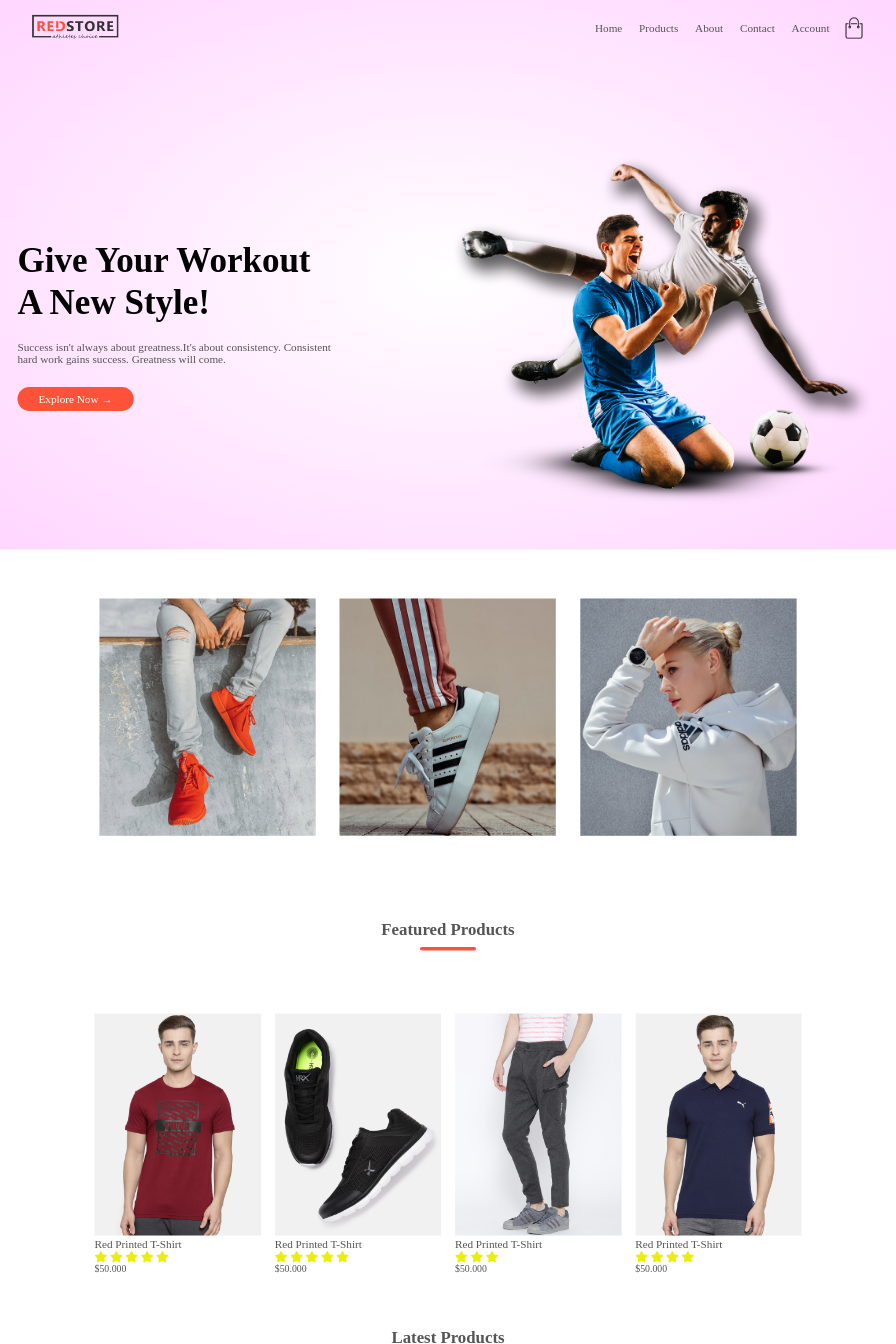
Repository: tuan21052000/Frontend
Page: index.html
These files come from the project's save history. The page is drawn as it stood at one moment and after the next save; the edit follows.
The browser window is 1280 px wide. The pictures show the part of the page from y = 0 to 1920 px (the page is 4529 px tall before and 4680 px after), at 70% of full size.

Above is the page before, as saved 2022-05-14 21:03:33.

### index.html
<!DOCTYPE html>
<html lang="en">
<head>
    <meta charset="UTF-8">
    <meta name="viewport" content="width=device-width, initial-scale=1.0">
    <meta http-equiv="X-UA-Compatible" content="IE=edge">
    <meta name="viewport" content="width=device-width, initial-scale=1.0">
    <title>RedStore | Ecommerce Website Design</title>
    <link rel="stylesheet" href="style.css">
    <link href="https://fonts.googleapis.com/css2?family=Poppins:wght@300;400;500;600;700&display=swap" rel="stylesheet">
    <link rel="stylesheet" href="https://use.fontawesome.com/releases/v5.15.4/css/all.css" />
</head>
<body>
    <div class="header">


    <div class="container">
        <div class="navbar">
            <div class="logo">
                <img src="images/logo.png" width="125px">
            </div>
            <nav>
                <ul id="MenuItems">
                    <li><a href="">Home</a></li>
                    <li><a href="">Products</a></li>
                    <li><a href="">About</a></li>
                    <li><a href="">Contact</a></li>
                    <li><a href="">Account</a></li>
                </ul>
            </nav>
            <img src="images/cart.png" width="30px" height="30px">
            <img src="images/menu.png" class="menu-icon" onclick="menutoggle()">
        </div>
        <div class="row">
            <div class="col-2">
                <h1>Give Your Workout <br>A New Style!</h1>
                <p>Success isn't always about greatness.It's about
                consistency. Consistent<br> hard work gains success. Greatness
                will come.
                </p>
                <a href="" class="btn">Explore Now &#8594;</a>
            </div>
            <div class="col-2">
              <img src="images/image1.png">
            </div>
        </div>
    </div>
</div>
<!-- -----Loại sản phẩm------- -->
   <div class="categories">
       <div class="small-container">
        <div class="row">
            <div class="col-3">
                <img src="images/category-1.jpg">
            </div>
            <div class="col-3">
             <img src="images/category-2.jpg">
         </div>
         <div class="col-3">
             <img src="images/category-3.jpg">
         </div>
        </div>
       </div>
   </div>
<!--    -------aaaa------------ -->
<div class="small-container">
    <h2 class="title">Featured Products</h2>
    <div class="row">
    <div class="col-4">
        <img src="images/product-1.jpg">
        <h4>Red Printed T-Shirt</h4>
        <div class="rating">
            <i class="fa fa-star"></i>
            <i class="fa fa-star"></i>
            <i class="fa fa-star"></i>
            <i class="fa fa-star"></i>
            <i class="fa fa-star"></i>
        </div>
        <p>$50.000</p>
    </div>
    <div class="col-4">
        <img src="images/product-2.jpg">
        <h4>Red Printed T-Shirt</h4>
        <div class="rating">
            <i class="fa fa-star"></i>
            <i class="fa fa-star"></i>
            <i class="fa fa-star"></i>
            <i class="fa fa-star"></i>
            <i class="fa fa-star"></i>
        </div>
        <p>$50.000</p>
    </div>
    <div class="col-4">
        <img src="images/product-3.jpg">
        <h4>Red Printed T-Shirt</h4>
        <div class="rating">
            <i class="fa fa-star"></i>
            <i class="fa fa-star"></i>
            <i class="fa fa-star"></i>
            <i class="fa fa-star-half-o"></i>
            <i class="fa fa-star-o"></i>
        </div>
        <p>$50.000</p>
    </div>
    <div class="col-4">
        <img src="images/product-4.jpg">
        <h4>Red Printed T-Shirt</h4>
        <div class="rating">
            <i class="fa fa-star"></i>
            <i class="fa fa-star"></i>
            <i class="fa fa-star"></i>
            <i class="fa fa-star"></i>
            <i class="fa fa-star-o"></i>
        </div>
        <p>$50.000</p>
    </div>
    </div>
    <h2 class="title">Latest Products</h2>
    <div class="row">
        <div class="col-4">
            <img src="images/product-5.jpg">
            <h4>Red Printed T-Shirt</h4>
            <div class="rating">
                <i class="fa fa-star"></i>
                <i class="fa fa-star"></i>
                <i class="fa fa-star"></i>
                <i class="fa fa-star"></i>
                <i class="fa fa-star"></i>
            </div>
            <p>$50.000</p>
        </div>
        <div class="col-4">
            <img src="images/product-6.jpg">
            <h4>Red Printed T-Shirt</h4>
            <div class="rating">
                <i class="fa fa-star"></i>
                <i class="fa fa-star"></i>
                <i class="fa fa-star"></i>
                <i class="fa fa-star"></i>
                <i class="fa fa-star"></i>
            </div>
            <p>$50.000</p>
        </div>
        <div class="col-4">
            <img src="images/product-7.jpg">
            <h4>Red Printed T-Shirt</h4>
            <div class="rating">
                <i class="fa fa-star"></i>
                <i class="fa fa-star"></i>
                <i class="fa fa-star"></i>
                <i class="fa fa-star-half-o"></i>
                <i class="fa fa-star-o"></i>
            </div>
            <p>$50.000</p>
        </div>
        <div class="col-4">
            <img src="images/product-8.jpg">
            <h4>Red Printed T-Shirt</h4>
            <div class="rating">
                <i class="fa fa-star"></i>
                <i class="fa fa-star"></i>
                <i class="fa fa-star"></i>
                <i class="fa fa-star"></i>
                <i class="fa fa-star-o"></i>
            </div>
            <p>$50.000</p>
        </div>
        </div>
        <div class="row">
            <div class="col-4">
                <img src="images/product-9.jpg">
                <h4>Red Printed T-Shirt</h4>
                <div class="rating">
                    <i class="fa fa-star"></i>
                    <i class="fa fa-star"></i>
                    <i class="fa fa-star"></i>
                    <i class="fa fa-star"></i>
                    <i class="fa fa-star"></i>
                </div>
                <p>$50.000</p>
            </div>
            <div class="col-4">
                <img src="images/product-10.jpg">
                <h4>Red Printed T-Shirt</h4>
                <div class="rating">
                    <i class="fa fa-star"></i>
                    <i class="fa fa-star"></i>
                    <i class="fa fa-star"></i>
                    <i class="fa fa-star"></i>
                    <i class="fa fa-star"></i>
                </div>
                <p>$50.000</p>
            </div>
            <div class="col-4">
                <img src="images/product-11.jpg">
                <h4>Red Printed T-Shirt</h4>
                <div class="rating">
                    <i class="fa fa-star"></i>
                    <i class="fa fa-star"></i>
                    <i class="fa fa-star"></i>
                    <i class="fa fa-star-half-o"></i>
                    <i class="fa fa-star-o"></i>
                </div>
                <p>$50.000</p>
            </div>
            <div class="col-4">
                <img src="images/product-12.jpg">
                <h4>Red Printed T-Shirt</h4>
                <div class="rating">
                    <i class="fa fa-star"></i>
                    <i class="fa fa-star"></i>
                    <i class="fa fa-star"></i>
                    <i class="fa fa-star"></i>
                    <i class="fa fa-star-o"></i>
                </div>
                <p>$50.000</p>
            </div>
        </div>
</div>
<!-- ----------offer------------- -->
<div class="offer">
    <div class="small-container">
        <div class="row">
            <div class="col-2">
                <img src="images/exclusive.png" class="offer-img">
            </div>
            <div class="col-2">
               <p>Exclusively Available on RedStore</p>
               <h1>Smart Band 4</h1>
               <small>The Mi Smart Band 4 features a 39.9% large
                   (than Mi Band 3) AMOLED color full-touch display with
                   adjustable brightness, so everything is clear as can
                   be.</small>
               <a href="" class="btn">Buy Now &#8594;</a>
            </div>
        </div>
    </div>
</div>
<!-- -----testi---- -->
       <div class="testimonial">
           <div class="small-container">
               <div class="row">
                   <div class="col-3">
                       <i class="fa fa-quote-left"></i>
                       <p>Lorem ipsum dolor sit, amet consectetur adipisicing elit.
                            Tenetur quod unde ullam, et dicta deserunt exercitationem
                            excepturi quis quo mollitia quibusdam quam consectetur? Facere aut numquam inventore, veniam pariatur quod.</p>
                            <div class="rating">
                                <i class="fa fa-star"></i>
                                <i class="fa fa-star"></i>
                                <i class="fa fa-star"></i>
                                <i class="fa fa-star"></i>
                                <i class="fa fa-star"></i>
                            </div>
                            <img src="images/user-1.png">
                            <h3>Sean Parker</h3>
                   </div>
                   <div class="col-3">
                    <i class="fa fa-quote-left"></i>
                    <p>Lorem ipsum dolor sit, amet consectetur adipisicing elit.
                         Tenetur quod unde ullam, et dicta deserunt exercitationem
                         excepturi quis quo mollitia quibusdam quam consectetur? Facere aut numquam inventore, veniam pariatur quod.</p>
                         <div class="rating">
                             <i class="fa fa-star"></i>
                             <i class="fa fa-star"></i>
                             <i class="fa fa-star"></i>
                             <i class="fa fa-star"></i>
                             <i class="fa fa-star"></i>
                         </div>
                         <img src="images/user-2.png">
                         <h3>Mike Smith</h3>
                </div>
                <div class="col-3">
                    <i class="fa fa-quote-left"></i>
                    <p>Lorem ipsum dolor sit, amet consectetur adipisicing elit.
                         Tenetur quod unde ullam, et dicta deserunt exercitationem
                         excepturi quis quo mollitia quibusdam quam consectetur? Facere aut numquam inventore, veniam pariatur quod.</p>
                         <div class="rating">
                             <i class="fa fa-star"></i>
                             <i class="fa fa-star"></i>
                             <i class="fa fa-star"></i>
                             <i class="fa fa-star"></i>
                             <i class="fa fa-star"></i>
                         </div>
                         <img src="images/user-3.png">
                         <h3>Mabel Joe</h3>
                </div>
               </div>
           </div>
       </div>
<!-- ---------------brands-------------- -->
    <div class="brands">
        <div class="small-container">
            <div class="row">
                <div class="col-5">
                    <img src="images/logo-godrej.png">
                </div>
                <div class="col-5">
                    <img src="images/logo-oppo.png">
                </div>
                <div class="col-5">
                    <img src="images/logo-coca-cola.png">
                </div>
                <div class="col-5">
                    <img src="images/logo-paypal.png">
                </div>
                <div class="col-5">
                    <img src="images/logo-philips.png">
                </div>
            </div>
        </div>
    </div>
<!--------------footer------------------ -->
<div class="footer">
    <div class="container">
        <div class="row">
            <div class="footer-col-1">
                <h3>Download Our App</h3>
                <p>Download App for Android and ios mobile phone.</p>
                 <div class="app-logo">
                     <img src="images/play-store.png">
                     <img src="images/app-store.png">
                 </div>
            </div>
            <div class="footer-col-2">
               <img src="images/logo-white.png">
                <p>Download App for Android and ios mobile phone.</p>
            </div>
            <div class="footer-col-3">
                <h3>Useful Links</h3>
                <ul>
                    <li>Coupons</li>
                    <li>Blog Post</li>
                    <li>Return Policy</li>
                    <li>Join Affiliate</li>
                </ul>
            </div>
            <div class="footer-col-4">
                <h3>Follow us</h3>
                <ul>
                    <li>Facebook</li>
                    <li>Twitter</li>
                    <li>Instagram</li>
                    <li>Youtube</li>
                </ul>
            </div>
        </div>
        <hr>
        <p class="copyright">Copyright 2022 - Tuấn đẹp trai</p>
    </div>
   <!--  -----js------- -->
   <script>
       var MenuItems = document.getElementById("MenuItems");

       function menutoggle(){
           if(MenuItems.style.maxHeight == "0px")
           {
               MenuItems.style.maxHeight = "200px";
           }
           else
           {
               MenuItems.style.maxHeight = "0px";
           }
       }
   </script>
</div>
</body>
</html>

### style.css
* {
    margin: 0;
    padding: 0;
    box-sizing: border-box;
}
.navbar{
   display: flex;
   align-items: center;
   padding: 20px;
}
nav {
    flex: 1;
    text-align: right;
}
nav ul {
    display: inline-block;
    list-style-type: none;
}
nav ul li{
    display: inline-block;
    margin-right: 20px;
}
a {
    text-decoration: none;
    color: #555;
}
p {
    color:#555;
}
.container {
    max-width: 1300px;
    margin: auto;
    padding-left: 25px;
    padding-right:25px;
}
.row {
    display: flex;
    align-items: center;
    flex-wrap: wrap;
    justify-content: space-around;
}
.col-2 {
    flex-basis: 50%;
    min-width: 300px;
}
.col-2 img {
    max-width: 100%;
    padding: 50px 0;
}
.col-2 h1{
    font-size: 50px;
    line-height: 60px;
    margin: 25px 0;
}
.btn {
    display: inline-block;
    background: #ff523b;
    color: #fff;
    padding: 8px 30px;
    margin: 30px 0;
    border-radius: 30px;
    transition: background 0.5s;
}
.btn:hover {
    background: #563434;
}
.header {
    background: radial-gradient(#fff,#ffd6ff);
}
.header .row{
   margin-top: 70px;
}
.categories {
    margin: 70px 0;
}
.col-3{
    flex-basis: 30%;
    min-width: 250px;
    margin-bottom: 30px;
}
.col-3 img{
    width: 100%;
}
.small-container{
    max-width: 1080px;
    margin: auto;
    padding-left: 25px;
    padding-right: 25px;

}
.col-4{
    flex-basis: 25%;
    padding: 10px;
    min-width: 200px;
    margin-bottom: 50px;
    transform: transforn 0.5s;
}
.col-4 img{
    width: 100%;
}
.title{
    text-align: center;
    margin: 0 auto 80px;
    position: relative;
    line-height: 60px;
    color:#555;
}
.title::after{
    content: '';
    background: #ff523b;
    width: 80px;
    height: 5px;
    border-radius: 5px;
    position: absolute;
    bottom: 0;
    left: 50%;
    transform: translateX(-50%);
}
h4{
    color:#555;
    font-weight: normal;
}
.col-4 p{
    font-size: 14px;
}
.rating .fa{
    color: #eaee09;
}
.col-4:hover{
    transform: translateY(-5px); /* tạo hiệu ứng */
}
.offer {
    background: radial-gradient(#fff,#ffd6d6);
    margin-top: 80px;
    padding: 30px 0;
}
.col-2 .offer-img{
    padding: 50px;
}
small{
    color:#555;
}
/* -------------testimonial----------- */
.testimonial{
    padding-top: 100px;
}
.testimonial .col-3 {
    text-align: center;
    padding: 40px 20px;
    box-shadow: 0 0 20px 0px rgba(0,0,0,0.1);
    cursor: pointer;
    transition: transform 0.5s;
}
.testimonial .col-3 img{
    width: 50px;
    margin-top: 20px;
    border-radius: 50%;
}
.testimonial .col-3:hover {
    transform: translateY(-10px);

}
.fa.fa-quote-left{
    font-size: 34px;
    color:#ff523b;
}
.col-3 p{
    font-size: 12px;
    margin: 12px 0;
    color:#777;
}
.testimonial .col-3 h3{
   font-weight: 600;
   color: #555;
   font-size: 16px;
}
/* --------------brands---------------- */
.brands{
    margin: 100px auto;
}
.col-5{
    width: 160px;
}
.col-5 img{
    width:100%;
    cursor: pointer;
    filter: grayscale(100%);
}
.col-5 img:hover{
    filter:grayscale(0);
}
/* ------------footer------------- */
.footer{
    background: #000;
    color: #8a8a8a;
    font-size: 14px;
    padding: 60px 0 20px;
}
.footer p{
  color: #8a8a8a;
}
.footer h3{
    color: #fff;
    margin-bottom: 20px;
}
.footer-col-1, .footer-col-2, .footer-col-3, .footer-col-4{
    min-width: 250px;
    margin-bottom: 20px;
}
.footer-col-1{
    flex-basis: 30%;
}
.footer-col-2{
    flex:1;
    text-align: center;
}
.footer-col-2 img{
   width: 180px;
   margin-bottom: 20px;
}
.footer-col-3, .footer-col-4{
   flex-basis: 15%;
   text-align: center;
}
ul{
    list-style-type: none;
}
.app-logo{
    margin-top: 20px;
}
.app-logo img{
    width: 140px;
}
.footer hr{
    border: none;
    background: #b5b5b5;
    height: 1px;
    margin: 20px 0;
}
.copyright{
    text-align: center;
}
.menu-icon{
    width: 28px;
    margin-left: 20px;
    display: none;
}
/* ----------reponsible---------- */
@media only screen and (max-width: 800px){

    nav ul{
        position: absolute;
        top: 70px;
        left: 0;
        background: #333;
        width: 100px;
        overflow: hidden;
        transition: max-height 0.5;
    }
    nav ul li{
        display: block;
        margin-right: 50px;
        margin-top: 10px;
        margin-bottom: 10px;
    }
    nav ul li a{
        color: #fff;
    }
    .menu-icon{
        display: block;
        cursor: pointer;
    }
}
/* ------------all products page-------- */
.row-2 {
    justify-content: space-between;
    margin: 100px auto 50px;
}
select{
    border: 1px solid #ff523b;
    padding: 5px;
}
select:focus{
    outline: none;
}
.page-btn{
    margin: 0 auto 80px;
}
.page-btn span{
    display: inline-block;
    border: 1px solid #ff523b;
    margin-left: 10px;
    width: 40px;
    height: 40px;
    text-align: center;
    line-height: 40px;
    cursor: pointer;
}
.page-btn span:hover{
    background: #ff523b;
    color:#fff;
}
/* -----single products details----- */
.single-product{
    margin-top: 80px;
}
.single-product .col-2 img{
    padding: 0;
}
.single-product .col-2{
    padding: 20px;
}
.single-product h4{
    margin: 20px 0;
    font-size: 22px;
    font-weight: bold;
}
/* media query for less than 600 screen size */
@media only screen and (max-width: 800px) {
    .row{
        text-align: center;
    }
    .col-2, .col-3, .col-4{
        flex-basis: 100%;
    }
}

After the next save:
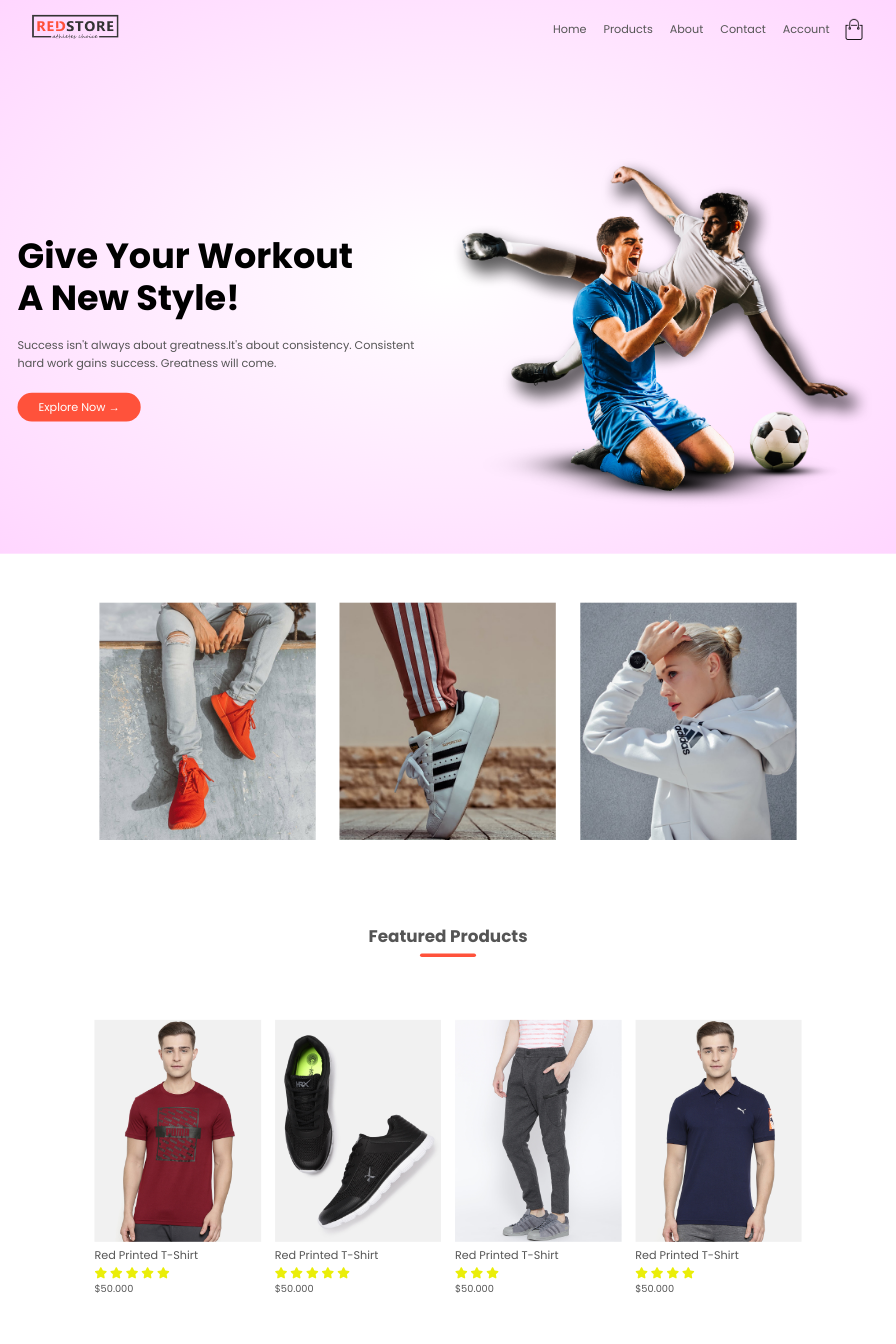
Saved 16 min 7 s later.
--- a/style.css
+++ b/style.css
@@ -2,6 +2,9 @@
     margin: 0;
     padding: 0;
     box-sizing: border-box;
+}
+body{
+    font-family: 'Poppins', sans-serif;
 }
 .navbar{
    display: flex;
